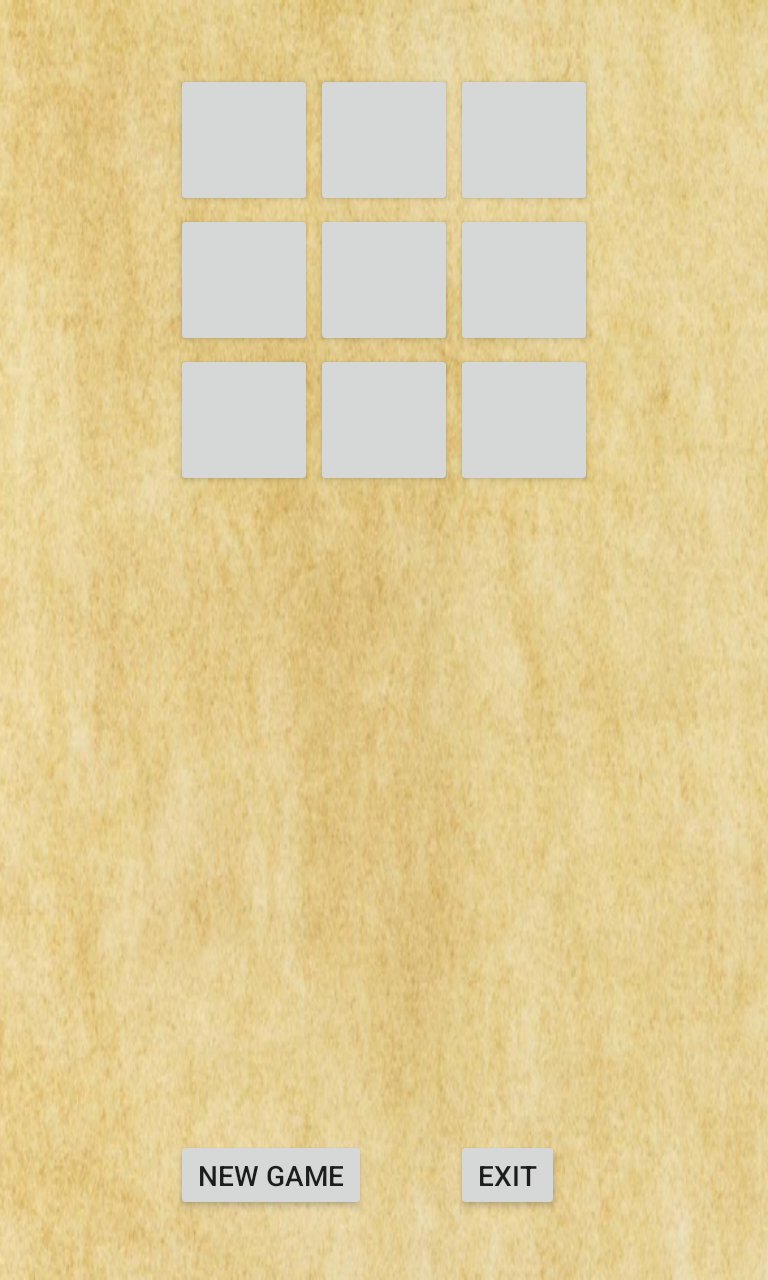
Repository: dtakiy/jogovelha
Layout: games/res/layout/activity_main.xml
The author's editor kept a copy of each file at every save. The layout is drawn from the files as they stood at one save, then again after the next save.
It is drawn on a 768 x 1280 px phone screen (xhdpi) without system bars, with theme AppTheme; the app's code is not run.

Above is the layout before, as saved 2014-09-17 18:38:13.

### games/res/layout/activity_main.xml
<RelativeLayout xmlns:android="http://schemas.android.com/apk/res/android"
    xmlns:tools="http://schemas.android.com/tools"
    android:layout_width="fill_parent"
    android:layout_height="fill_parent"
    android:background="@drawable/background"
    android:paddingBottom="@dimen/activity_vertical_margin"
    android:paddingLeft="@dimen/activity_horizontal_margin"
    android:paddingRight="@dimen/activity_horizontal_margin"
    android:paddingTop="@dimen/activity_vertical_margin"
    tools:context="com.example.games.MainActivity" >

    <TextView
        android:id="@+id/camporesultado"
        android:layout_width="wrap_content"
        android:layout_height="wrap_content"
        android:text="" />

	<Button
	    android:id="@+id/quadrado6"
	    android:layout_width="wrap_content"
	    android:layout_height="wrap_content"
	    android:layout_alignBaseline="@+id/quadrado5"
	    android:layout_alignBottom="@+id/quadrado5"
	    android:layout_toRightOf="@+id/quadrado5"
	    android:minHeight="70dip"
	    android:minWidth="70dip" />

	<Button
	    android:id="@+id/quadrado8"
	    android:layout_width="wrap_content"
	    android:layout_height="wrap_content"
	    android:layout_alignBaseline="@+id/quadrado7"
	    android:layout_alignBottom="@+id/quadrado7"
	    android:layout_toRightOf="@+id/quadrado4"
	    android:minHeight="70dip"
	    android:minWidth="70dip" />

	<Button
	    android:id="@+id/quadrado3"
	    android:layout_width="wrap_content"
	    android:layout_height="wrap_content"
	    android:layout_alignLeft="@+id/quadrado9"
	    android:layout_below="@+id/quadrado5"
	    android:minHeight="70dip"
	    android:minWidth="70dip" />

	<Button
	    android:id="@+id/quadrado5"
	    android:layout_width="wrap_content"
	    android:layout_height="wrap_content"
	    android:layout_below="@+id/quadrado1"
	    android:layout_toRightOf="@+id/quadrado1"
	    android:minHeight="70dip"
	    android:minWidth="70dip" />

	<Button
	    android:id="@+id/quadrado2"
	    android:layout_width="wrap_content"
	    android:layout_height="wrap_content"
	    android:layout_alignBaseline="@+id/quadrado9"
	    android:layout_alignBottom="@+id/quadrado9"
	    android:layout_centerHorizontal="true"
	    android:minHeight="70dip"
	    android:minWidth="70dip" />

	<Button
	    android:id="@+id/quadrado1"
	    android:layout_width="wrap_content"
	    android:layout_height="wrap_content"
	    android:layout_alignBaseline="@+id/quadrado2"
	    android:layout_alignBottom="@+id/quadrado2"
	    android:layout_toLeftOf="@+id/quadrado2"
	    android:minHeight="70dip"
	    android:minWidth="70dip" />

	<Button
	    android:id="@+id/quadrado9"
	    android:layout_width="wrap_content"
	    android:layout_height="wrap_content"
	    android:layout_alignTop="@+id/camporesultado"
	    android:layout_marginTop="19dp"
	    android:layout_toRightOf="@+id/quadrado2"
	    android:minHeight="70dip"
	    android:minWidth="70dip" />

	<Button
	    android:id="@+id/quadrado4"
	    android:layout_width="wrap_content"
	    android:layout_height="wrap_content"
	    android:layout_above="@+id/quadrado3"
	    android:layout_toLeftOf="@+id/quadrado5"
	    android:minHeight="70dip"
	    android:minWidth="70dip" />

	<Button
	    android:id="@+id/quadrado7"
	    android:layout_width="wrap_content"
	    android:layout_height="wrap_content"
	    android:layout_alignBaseline="@+id/quadrado3"
	    android:layout_alignBottom="@+id/quadrado3"
	    android:layout_toLeftOf="@+id/quadrado8"
	    android:minHeight="70dip"
	    android:minWidth="70dip" />

		<Button
		    android:id="@+id/sair"
		    android:layout_width="wrap_content"
		    android:layout_height="wrap_content"
		    android:layout_alignLeft="@+id/quadrado3"
		    android:layout_alignParentBottom="true"
		    android:layout_marginBottom="17dp"
		    android:minHeight="20dip"
		    android:minWidth="20dip"
		    android:text="@string/sair"/>

		<Button
		    android:id="@+id/newgame"
		    android:layout_width="wrap_content"
		    android:layout_height="wrap_content"
		    android:layout_alignBaseline="@+id/sair"
		    android:layout_alignBottom="@+id/sair"
		    android:layout_alignLeft="@+id/quadrado7"
		    android:minHeight="20dip"
		    android:minWidth="20dip"
		    android:text="@string/newgame" />

</RelativeLayout>

### games/res/values/strings.xml
<?xml version="1.0" encoding="utf-8"?>
<resources>

    <string name="app_name">Tic Tac Game</string>
    <string name="hello_world">Welcome to Tic Tac Game</string>
    <string name="action_settings">Settings</string>
    <string name="sair">Exit</string>
    <string name="newgame">New Game</string>

</resources>

Loaded but not shown: games/res/values/styles.xml (common file); games/res/values-v11/styles.xml (common file); games/res/values-v14/styles.xml (common file); games/res/values/dimens.xml (common file); games/res/values-w820dp/dimens.xml (common file)

After the next save:
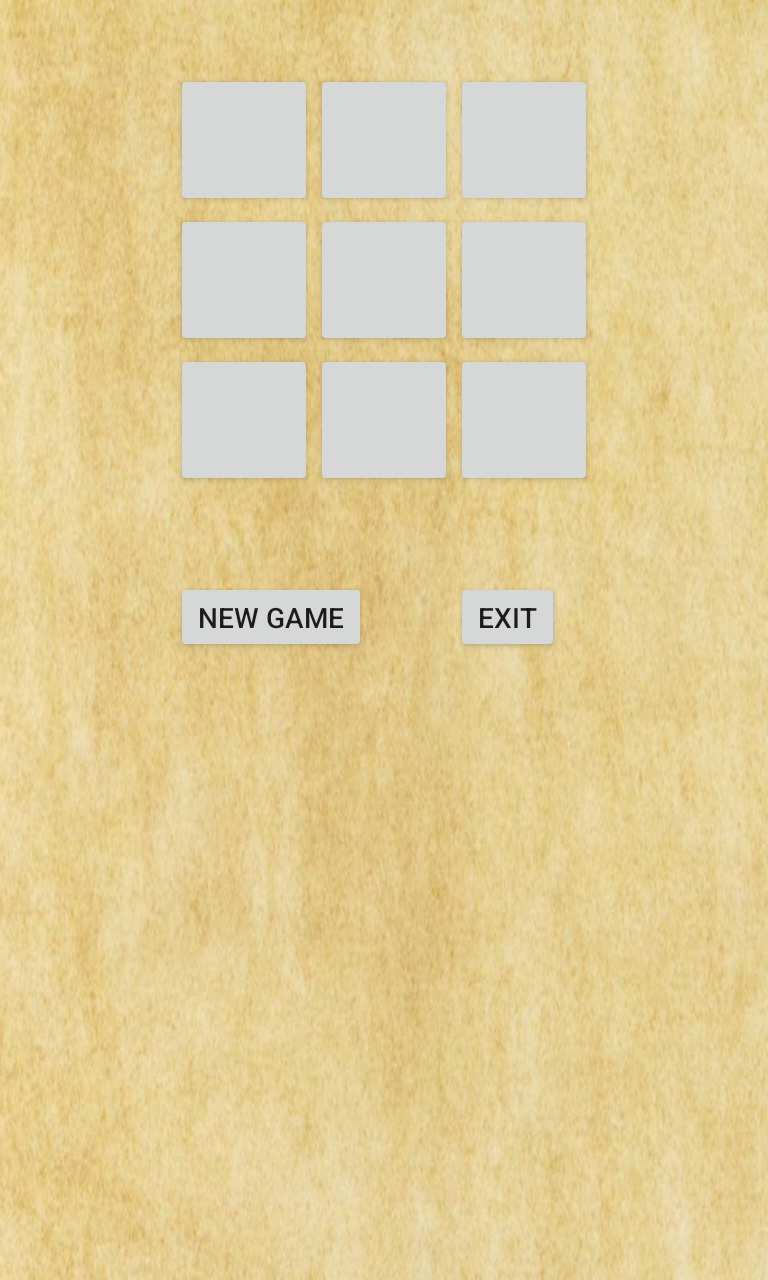
Saved 7 min 18 s later.
--- a/games/res/layout/activity_main.xml
+++ b/games/res/layout/activity_main.xml
@@ -103,17 +103,6 @@
 	    android:minWidth="70dip" />
 
 		<Button
-		    android:id="@+id/sair"
-		    android:layout_width="wrap_content"
-		    android:layout_height="wrap_content"
-		    android:layout_alignLeft="@+id/quadrado3"
-		    android:layout_alignParentBottom="true"
-		    android:layout_marginBottom="17dp"
-		    android:minHeight="20dip"
-		    android:minWidth="20dip"
-		    android:text="@string/sair"/>
-
-		<Button
 		    android:id="@+id/newgame"
 		    android:layout_width="wrap_content"
 		    android:layout_height="wrap_content"
@@ -124,4 +113,15 @@
 		    android:minWidth="20dip"
 		    android:text="@string/newgame" />
 
+		<Button
+		    android:id="@+id/sair"
+		    android:layout_width="wrap_content"
+		    android:layout_height="wrap_content"
+		    android:layout_alignLeft="@+id/quadrado3"
+		    android:layout_below="@+id/quadrado3"
+		    android:layout_marginTop="44dp"
+		    android:minHeight="20dip"
+		    android:minWidth="20dip"
+		    android:text="@string/sair" />
+
 </RelativeLayout>
